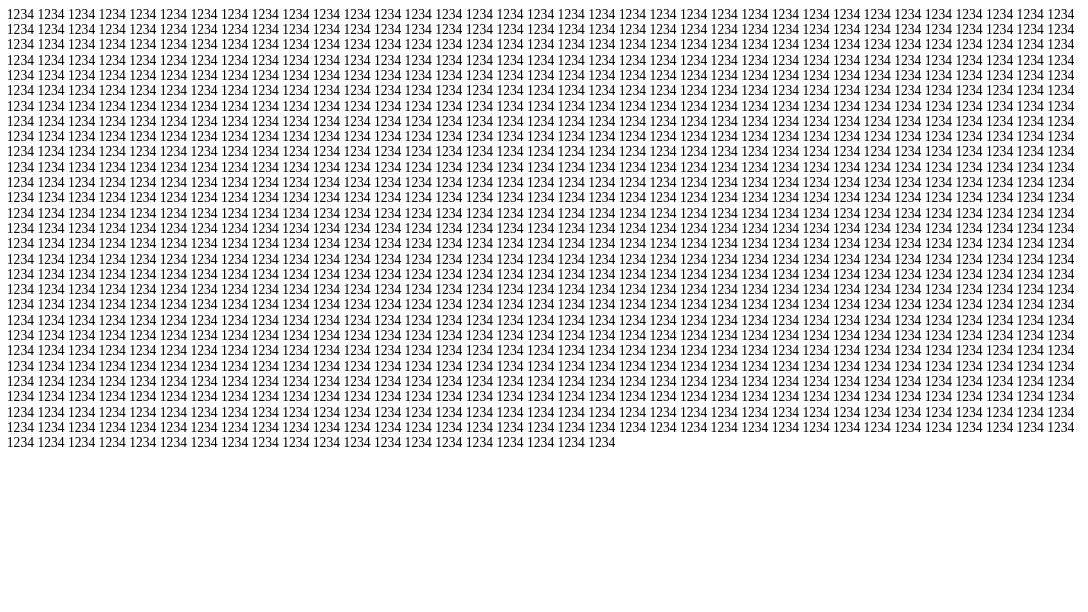
Repository: sgnq008-tech/JSP
Page: http://localhost/WebProject/directive/bufferEx.jsp
These files come from the project's save history. The page is drawn as it stood at one moment and after the next save; the edit follows.
The browser window is 1280 px wide. The pictures show the whole page, at 85% of full size.
The page is served by Tomcat 9.

Above is the page before, as saved 2026-09-10 03:21:44.

After the next save:
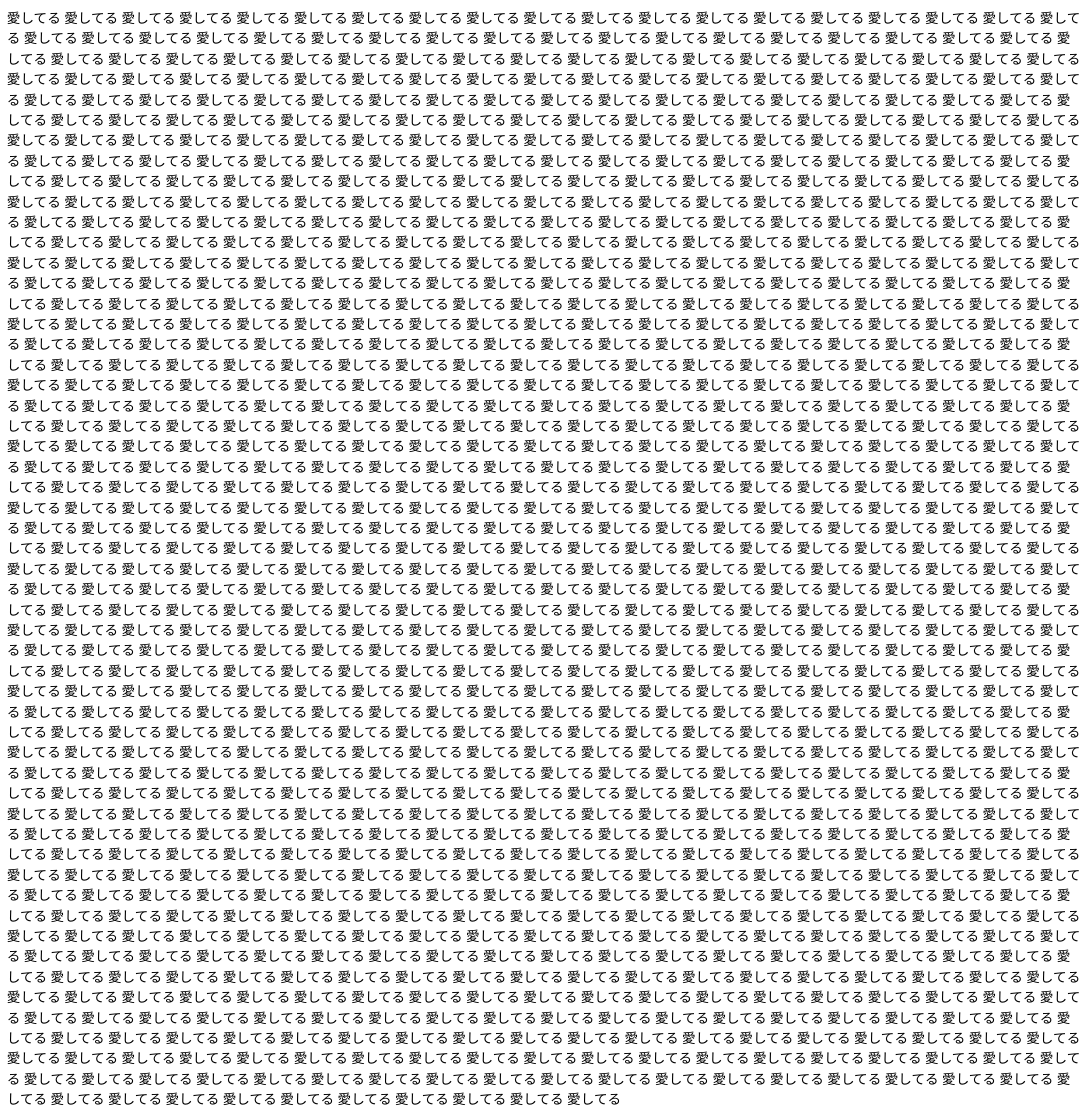
Saved 23 s later.
--- a/jsp_workspace/WebProject/src/main/webapp/directive/bufferEx.jsp
+++ b/jsp_workspace/WebProject/src/main/webapp/directive/bufferEx.jsp
@@ -9,7 +9,7 @@
 </head>
 <body>
 <% for(int i = 0; i <1000; i++){ %>
-1234
+愛してる
 <%} %>
 
 </body>
